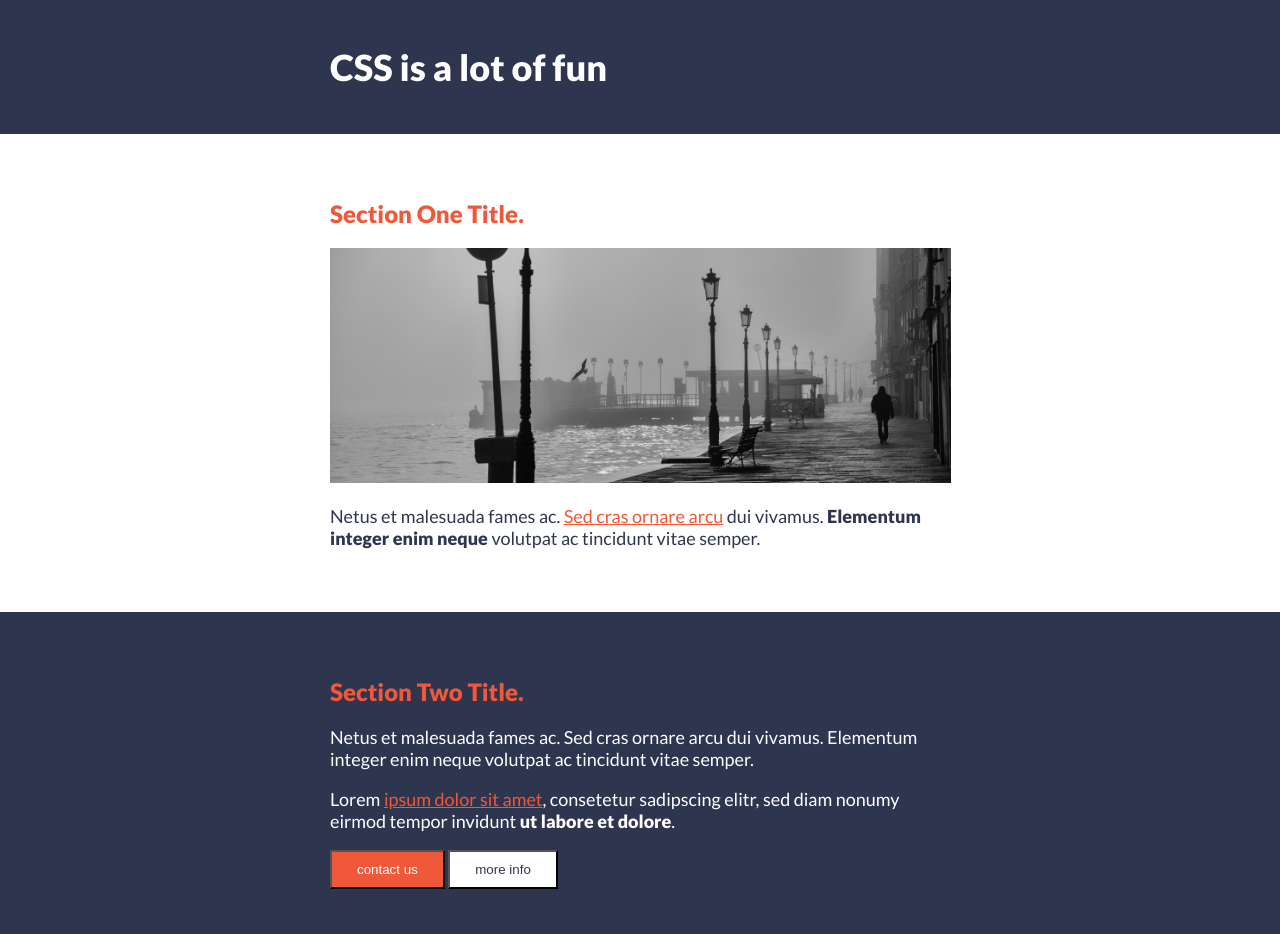
Repository: Doumham-Armah/sample-landing-page
Page: index.html
The author's editor kept a copy of each file at every save. The page is drawn from the files as they stood at one save, then again after the next save.
The browser window is 1280 px wide. The pictures show the whole page.

Above is the page before, as saved 2021-08-16 14:16:54.

### index.html
<!DOCTYPE html>
<html lang="en">
  <head>
    <meta charset="UTF-8" />
    <meta http-equiv="X-UA-Compatible" content="IE=edge" />
    <meta name="viewport" content="width=device-width, initial-scale=1.0" />
    <title>Document</title>
    <link rel="preconnect" href="https://fonts.googleapis.com" />
    <link rel="preconnect" href="https://fonts.gstatic.com" crossorigin />
    <link rel="preconnect" href="https://fonts.googleapis.com" />
    <link rel="preconnect" href="https://fonts.gstatic.com" crossorigin />
    <link
      href="https://fonts.googleapis.com/css2?family=Lato:wght@400;900&display=swap"
      rel="stylesheet"
    />
    <link href="./style.css" rel="stylesheet" />
  </head>

  <body>
    <header>
      <div class="container">
        <h1>CSS is a lot of fun</h1>
      </div>
    </header>

    <section class="section-one">
      <div class="container">
        <h2>Section One Title.</h2>
        <img src="./images/boardwalk.png" alt="boardwalk image" />
        <p>
          Netus et malesuada fames ac. <a href="#">Sed cras ornare arcu</a> dui
          vivamus. <strong>Elementum integer enim neque</strong> volutpat ac
          tincidunt vitae semper.
        </p>
      </div>
    </section>

    <section class="section-two">
      <div class="container">
        <h2>Section Two Title.</h2>
        <p>
          Netus et malesuada fames ac. Sed cras ornare arcu dui vivamus.
          Elementum integer enim neque volutpat ac tincidunt vitae semper.
        </p>
        <p>
          Lorem <a href="#">ipsum dolor sit amet</a>, consetetur sadipscing
          elitr, sed diam nonumy eirmod tempor invidunt
          <strong>ut labore et dolore</strong>.
        </p>
        <button class="btn btn-accent">contact us</button>
        <button class="btn btn-white">more info</button>
      </div>
    </section>
  </body>
</html>

### style.css
body {
  margin: 0;
  font-size: 18px;
  font-family: "Lato", sans-serif;
  color: #2e354f;
}

h1,
h2,
strong {
  font-weight: 900;
}

/* Typography */

h1 {
  font-size: 36px;
  margin: 0;
}

h2 {
  font-size: 24px;
  color: #ef5839;
}

a {
  color: #ef5839;
}

a:hover,
a:focus {
  color: #d4b44c;
}

/* Buttons */

.btn {
  /* display: inline-block; */
  padding: 10px 25px;
}

.btn-accent {
  background: #ef5839;
  color: #fff;
}

.btn-accent:hover {
  color: #2e354f;
  background: #d4b44c;
}

.btn-white {
  background: #fff;
  color: #2e354f;
}

.btn-white:hover {
  color: #2e354f;
  background: #999;
}

/* Layout */

header {
  background: #2e354f;
  padding: 45px 0;
  color: #fff;
}

section {
  padding: 45px 0;
}

.container {
  width: 620px;
  margin: 0 auto;
  /* border: 2px solid magenta; */
}

.section-two {
  background: #2e354f;
  color: #fff;
}

After the next save:
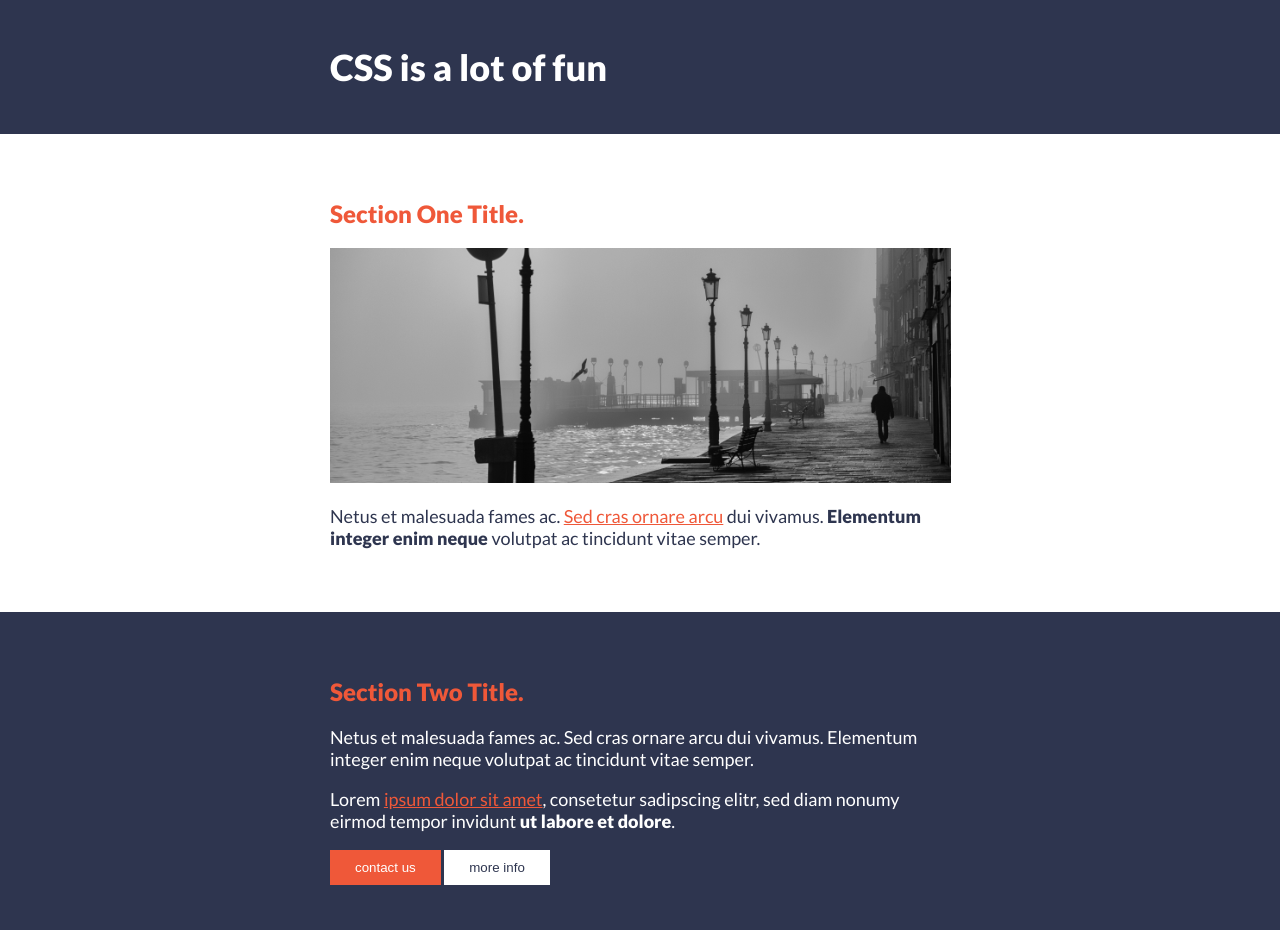
Saved 11 s later.
--- a/style.css
+++ b/style.css
@@ -35,8 +35,8 @@ a:focus {
 /* Buttons */
 
 .btn {
-  /* display: inline-block; */
   padding: 10px 25px;
+  border: none;
 }
 
 .btn-accent {
